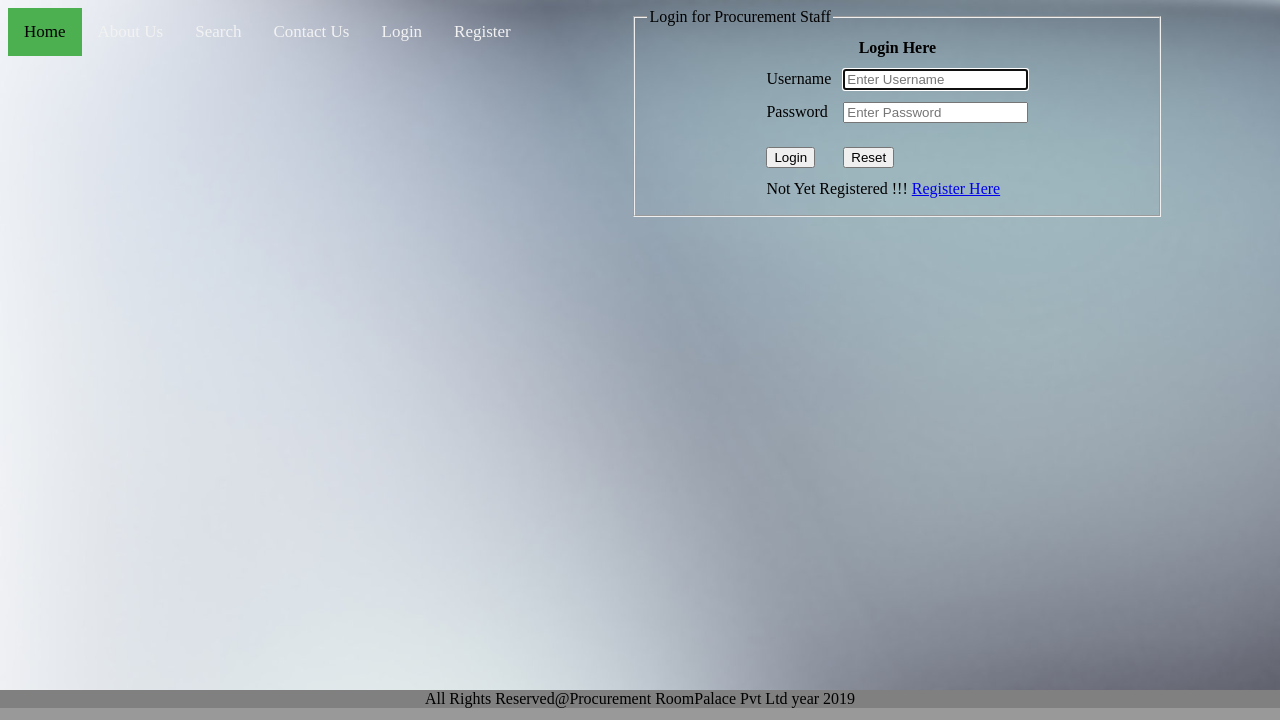
Repository: nirmaniPathiranage/CSSE-Procurement-Management
Page: http://localhost/Item_Management/Login.jsp
These files come from the project's save history. The page is drawn as it stood at one moment and after the next save; the edit follows.
The browser window is 1280 px wide. The pictures show the whole page.
The page is served by Tomcat 9. Other server files are loaded and not shown.

Above is the page before, as saved 2019-09-29 17:19:05.

### Item_Management/WebContent/Login.jsp
<%@ page language="java" contentType="text/html; charset=ISO-8859-1"
	pageEncoding="ISO-8859-1"%>
<!DOCTYPE html>
<html>
<head>
<meta http-equiv="Content-Type" content="text/html; charset=ISO-8859-1">
<title>Login</title>
<style>

.topnav a{
float:left;
color:#f2f2f2;
text-align:center;
padding:14px 16px;
text-decoration:none;
font-size:17px;
}

.topnav a:hover{
background-color:#ddd;
color:black;
}

.topnav a.active{
background-color:#4CAF50;
color:black;
}

footer {
   position:fixed;
   left:0px;
   bottom:0px;
   height:30px;
   width:100%;
   background:#999;
}

body{

	background:url('bg1.jpg');
	background-size: cover;
}

</style>
<script>
	function validate() {
		var username = document.form.username.value;
		var password = document.form.password.value;

		if (username == null || username == "") {
			alert("Username cannot be blank");
			return false;
		} else if (password == null || password == "") {
			alert("Password cannot be blank");
			return false;
		}
	}
</script>
</head>
<body>

<div class = "topnav">
<a class = "active"  href="HomePage.jsp">Home</a>
			<a href="###">About Us</a>
			<a href="###">Search</a>
			<a href="###">Contact Us</a>
			<font align:right>
			<a href="Login.jsp">Login</a>
			<a href="Register.jsp">Register</a>
			</font>
</div>
	<form name="form" action="LoginServlet" method="post"
		onsubmit="return validate()">
		<center>
			<fieldset style="width: 500px">
				<legend> Login for Procurement Staff</legend>
				<table border="0" width="50%" cellpadding="5">
					<tr>
						<th colspan="2">Login Here</th>
					</tr>
					<tbody>
						<tr>
							<td>Username</td>
							<td><input type="text" name="username" value="" autofocus
								placeholder="Enter Username" autocomplete="off" required /></td>
						</tr>
						<tr>
							<td>Password</td>
							<td><input type="password" name="password" value=""
								placeholder="Enter Password" autocomplete="off" required /></td>
						</tr>
						<tr>
							<td><span style="color: red"><%=(request.getAttribute("errMessage") == null) ? "" : request.getAttribute("errMessage")%></span></td>
						</tr>
						<tr>
							<td><input type="submit" value="Login"></input></td>
							<td><input type="reset" value="Reset"></input></td>
						</tr>
						<tr>
							<td colspan="2">Not Yet Registered !!! <a
								href="Register.jsp">Register Here</a></td>
						</tr>
					</tbody>
				</table>
			</fieldset>
		</center>
	</form>
	<br><br><br>
	<footer><div align="center" style ="background-color:#808080">All Rights Reserved@Procurement RoomPalace Pvt Ltd year 2019</footer>
</body>
</html>

After the next save:
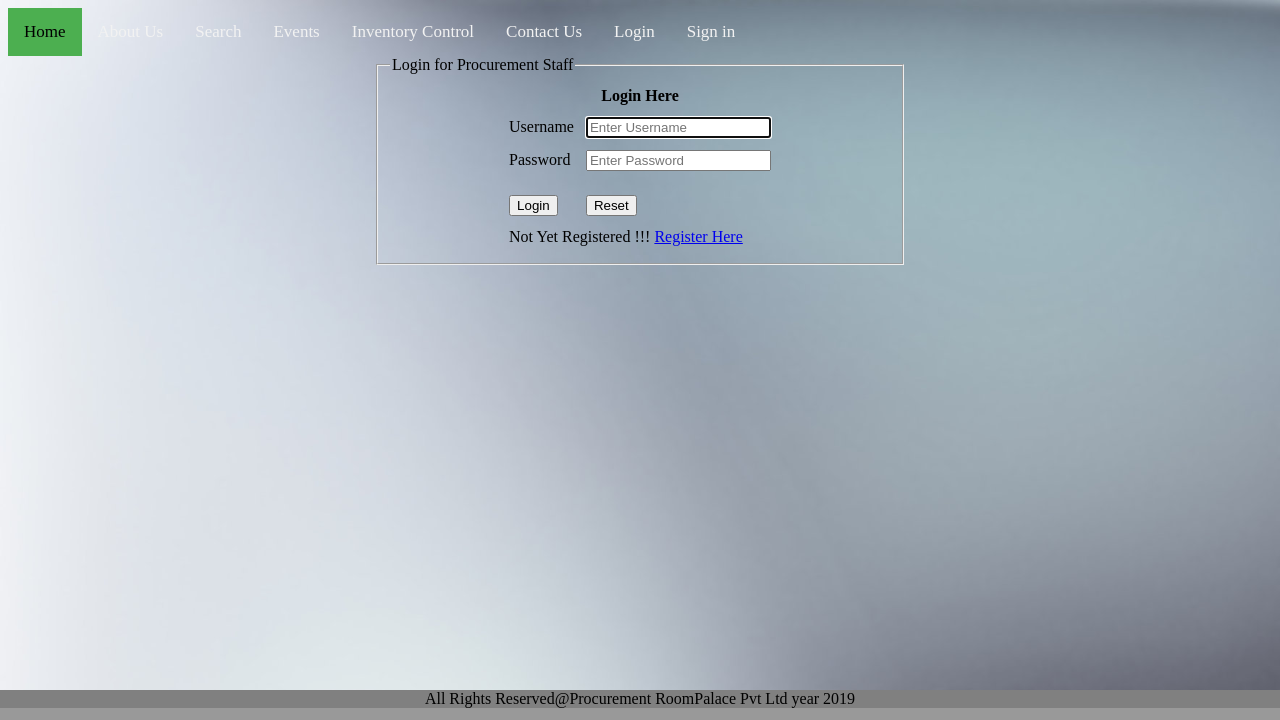
Saved 6 min 55 s later.
--- a/Item_Management/WebContent/Login.jsp
+++ b/Item_Management/WebContent/Login.jsp
@@ -63,10 +63,12 @@ body{
 <a class = "active"  href="HomePage.jsp">Home</a>
 			<a href="###">About Us</a>
 			<a href="###">Search</a>
+			<a href="###">Events</a>
+			<a href="Login.jsp">Inventory Control</a>
 			<a href="###">Contact Us</a>
 			<font align:right>
 			<a href="Login.jsp">Login</a>
-			<a href="Register.jsp">Register</a>
+			<a href="Register.jsp">Sign in</a>
 			</font>
 </div>
 	<form name="form" action="LoginServlet" method="post"
